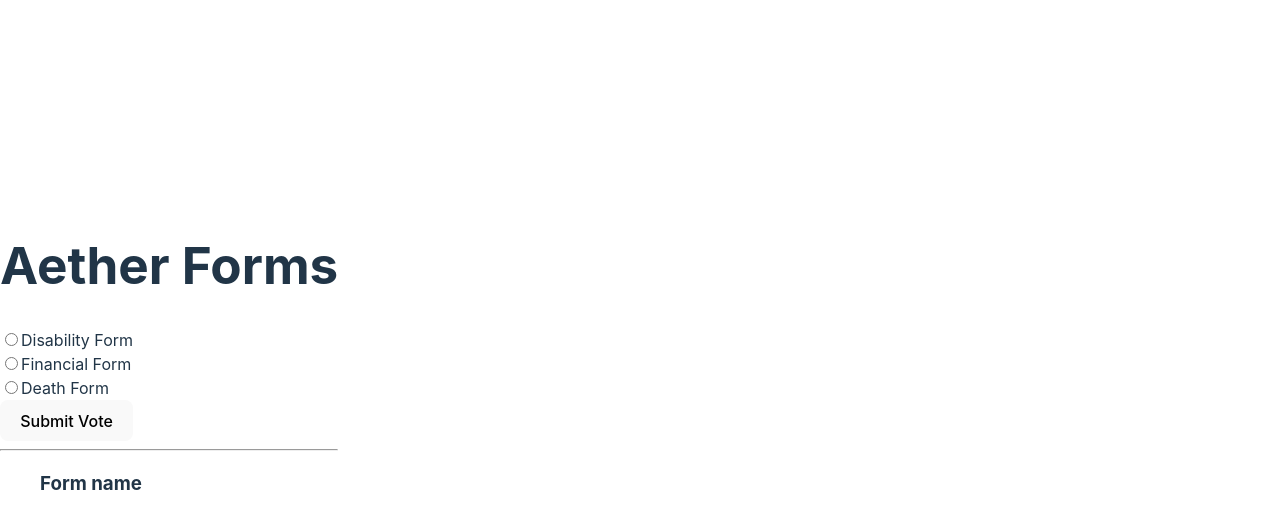
Repository: Jennica1/Aether-Top-Forms
Page: / (app in form-leaderboard-frontend/)
These files come from the project's save history. The page is drawn as it stood at one moment and after the next save; the edit follows.
The browser window is 1280 px wide. The pictures show the whole page.
The project was rebuilt for these pictures with package versions that can differ from the ones it lists, and the page was loaded fresh each time. Also part of the build but not shown: form-leaderboard-frontend/vite.config.js.

Above is the page before, as saved 2024-11-26 12:22:19.

After the next save:
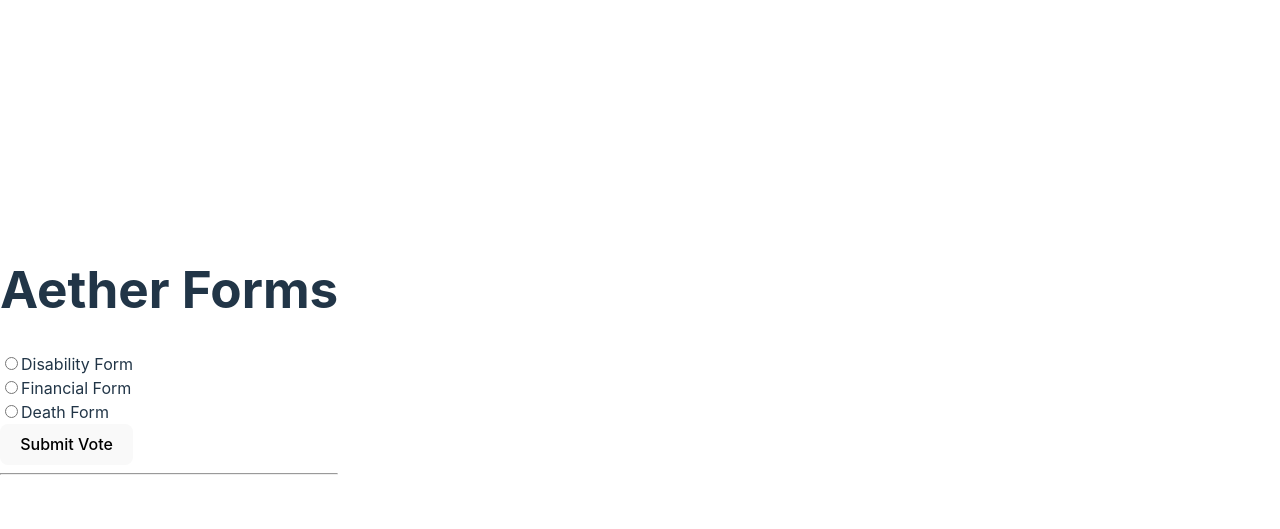
Saved 45 s later.
--- a/form-leaderboard-frontend/src/components/Leaderboard.jsx
+++ b/form-leaderboard-frontend/src/components/Leaderboard.jsx
@@ -23,7 +23,10 @@
             {entry._id}: {entry.count} votes
           </li>
         ))} */}
-        <h3>Form name</h3>
+        <h3 Form name>
+
+        </h3>
+
       </ul>
     </div>
   );

After the 2 saves that followed:
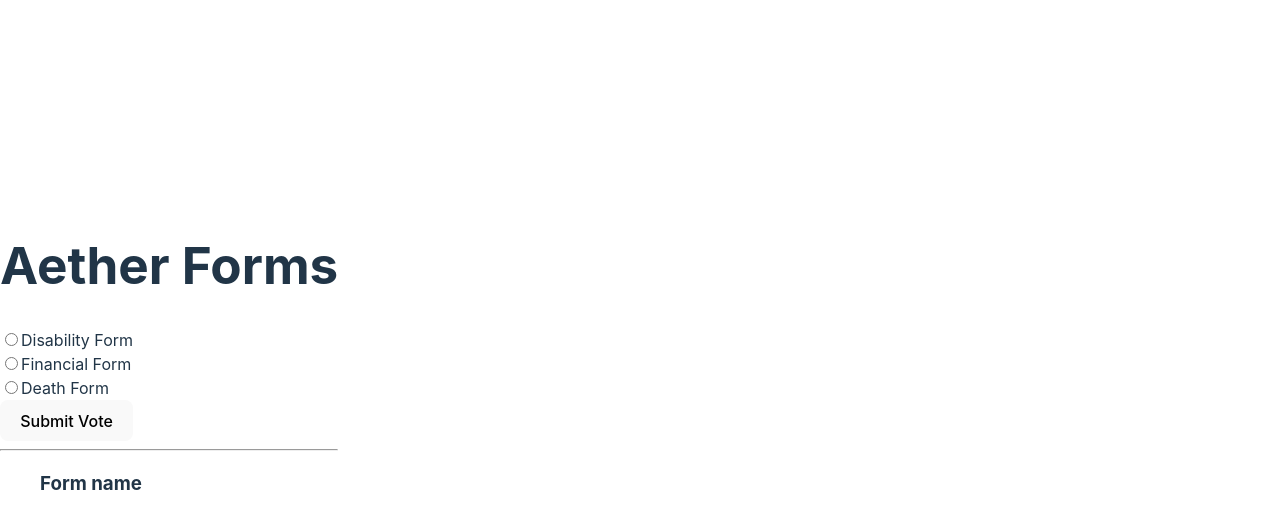
The 2 saves are shown as one change because 1 left the picture as it was.
The last was saved 23 s later.
--- a/form-leaderboard-frontend/src/components/Leaderboard.jsx
+++ b/form-leaderboard-frontend/src/components/Leaderboard.jsx
@@ -23,7 +23,8 @@
             {entry._id}: {entry.count} votes
           </li>
         ))} */}
-        <h3 Form name>
+        <h3 >
+          Form name
 
         </h3>
 
